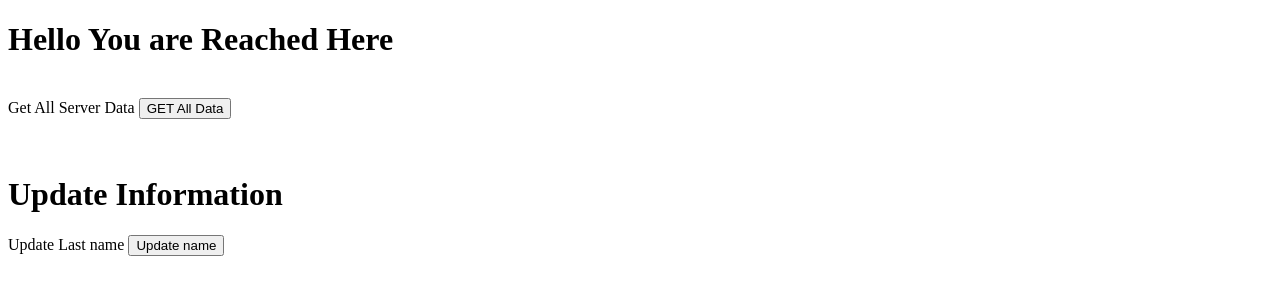
Repository: gadgeswapnil11/Vaulty
Page: http://localhost/ServeletCRUDOprations/Success.jsp
These files come from the project's save history. The page is drawn as it stood at one moment and after the next save; the edit follows.
The browser window is 1280 px wide. The pictures show the whole page.
The page is served by Tomcat 9.

Above is the page before, as saved 2023-12-20 12:25:48.

After the next save:
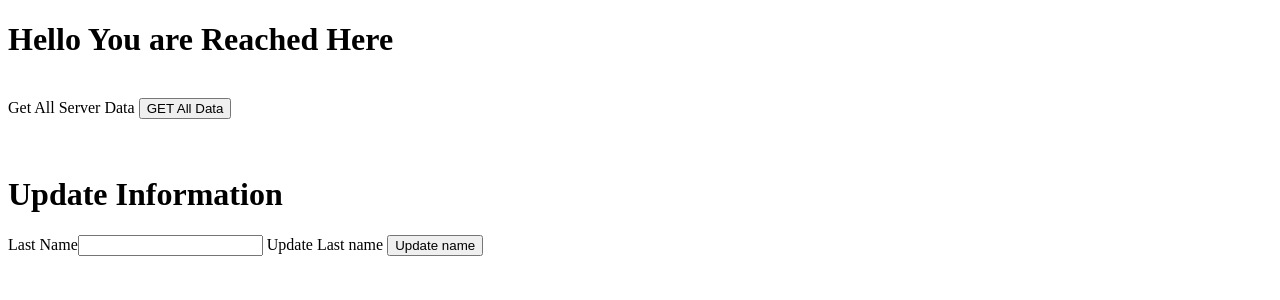
Saved 60 s later.
--- a/ServeletCRUDOprations/src/main/webapp/Success.jsp
+++ b/ServeletCRUDOprations/src/main/webapp/Success.jsp
@@ -20,6 +20,8 @@
 		<h1>Update Information</h1>
 
 	<form action="update">
+
+	Last Name<input type = "text" name ="lastName">
 		Update Last name <input type="Submit" value="Update name">
 	</form>
 
